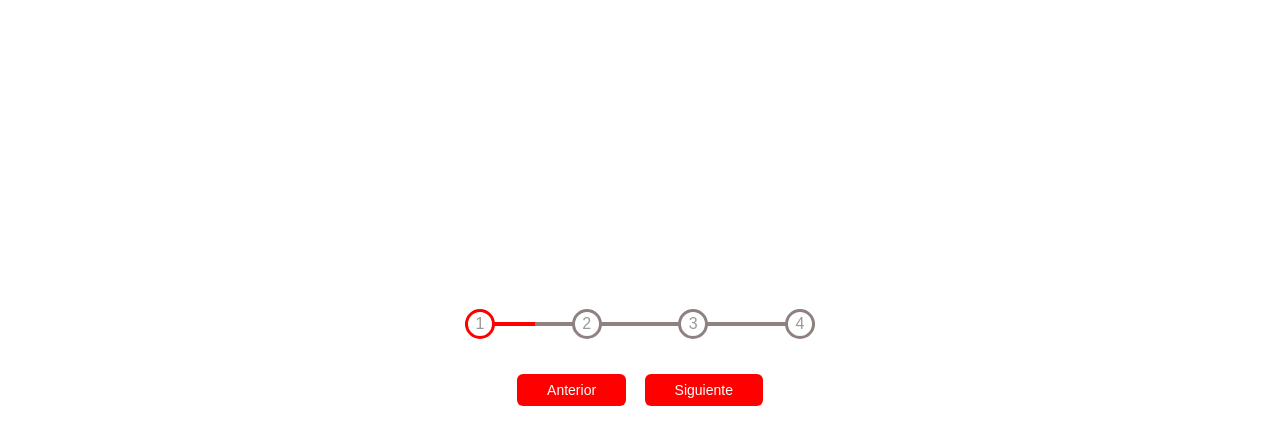
Repository: ElideZavala/Linea-de-tiempo
Page: index.html
These files come from the project's save history. The page is drawn as it stood at one moment and after the next save; the edit follows.
The browser window is 1280 px wide. The pictures show the whole page.
Some web fonts or font styles are not loaded; a fallback is used.

Above is the page before, as saved 2021-05-28 07:47:49.

After the next save:
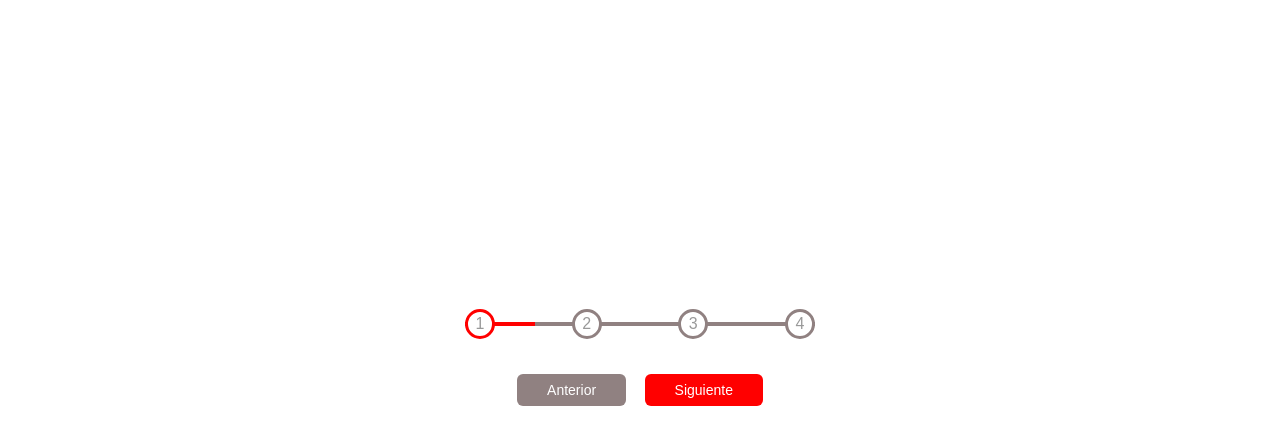
Saved 3 min 7 s later.
--- a/style.css
+++ b/style.css
@@ -96,3 +96,8 @@ body {
 .btn:focus {
 	outline: 0;
 }
+
+.btn:disabled {
+	background-color: var( --line-border-empty );
+	cursor: not-allowed;
+}
